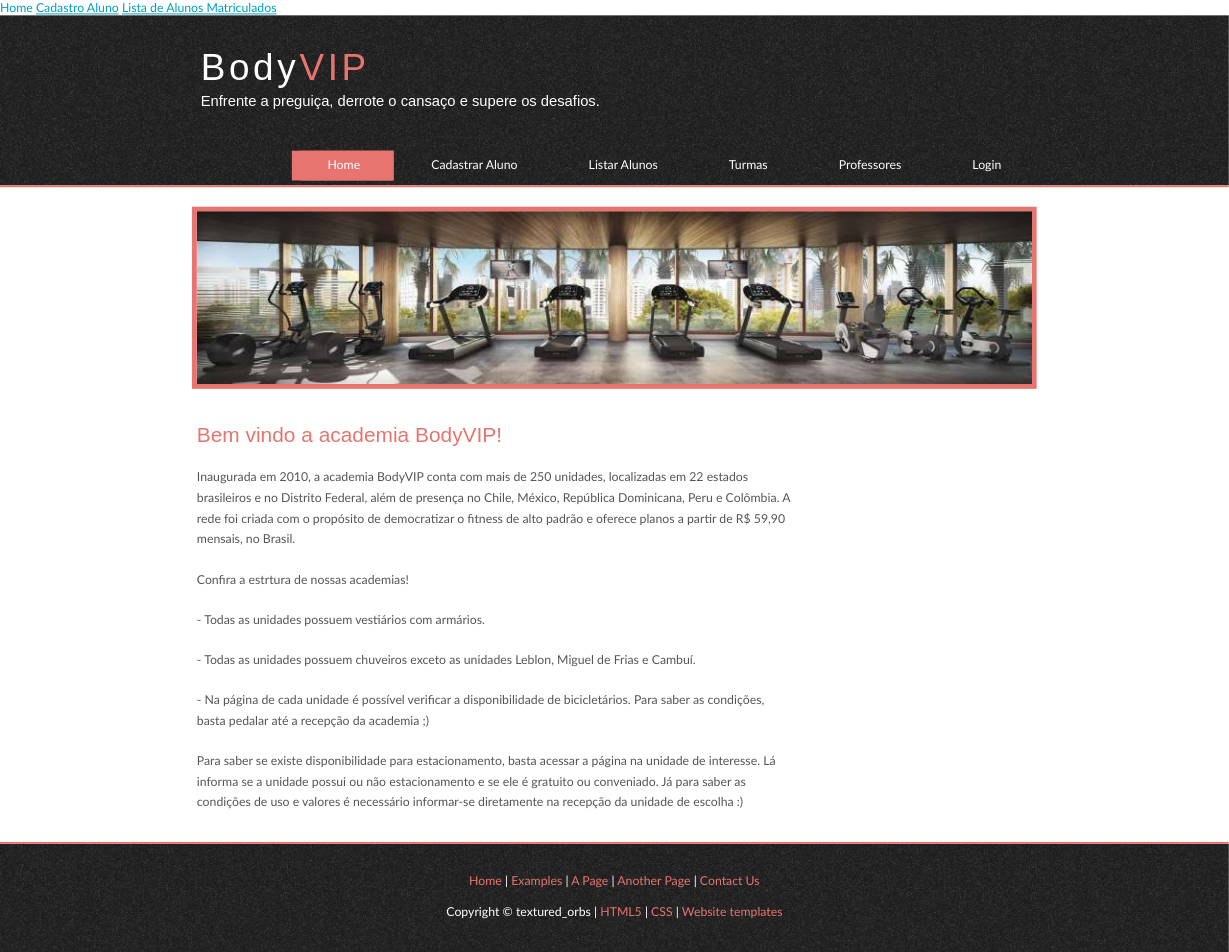
Repository: Thais-Ferreira/Projeto_bodyVIP
Page: http://localhost/BodyVIP/home.jsp
The author's editor kept a copy of each file at every save. The page is drawn from the files as they stood at one save, then again after the next save.
The browser window is 1280 px wide. The pictures show the whole page, at 96% of full size.
The page is served by Tomcat 9.

Above is the page before, as saved 2017-06-18 23:36:04.

After the next save:
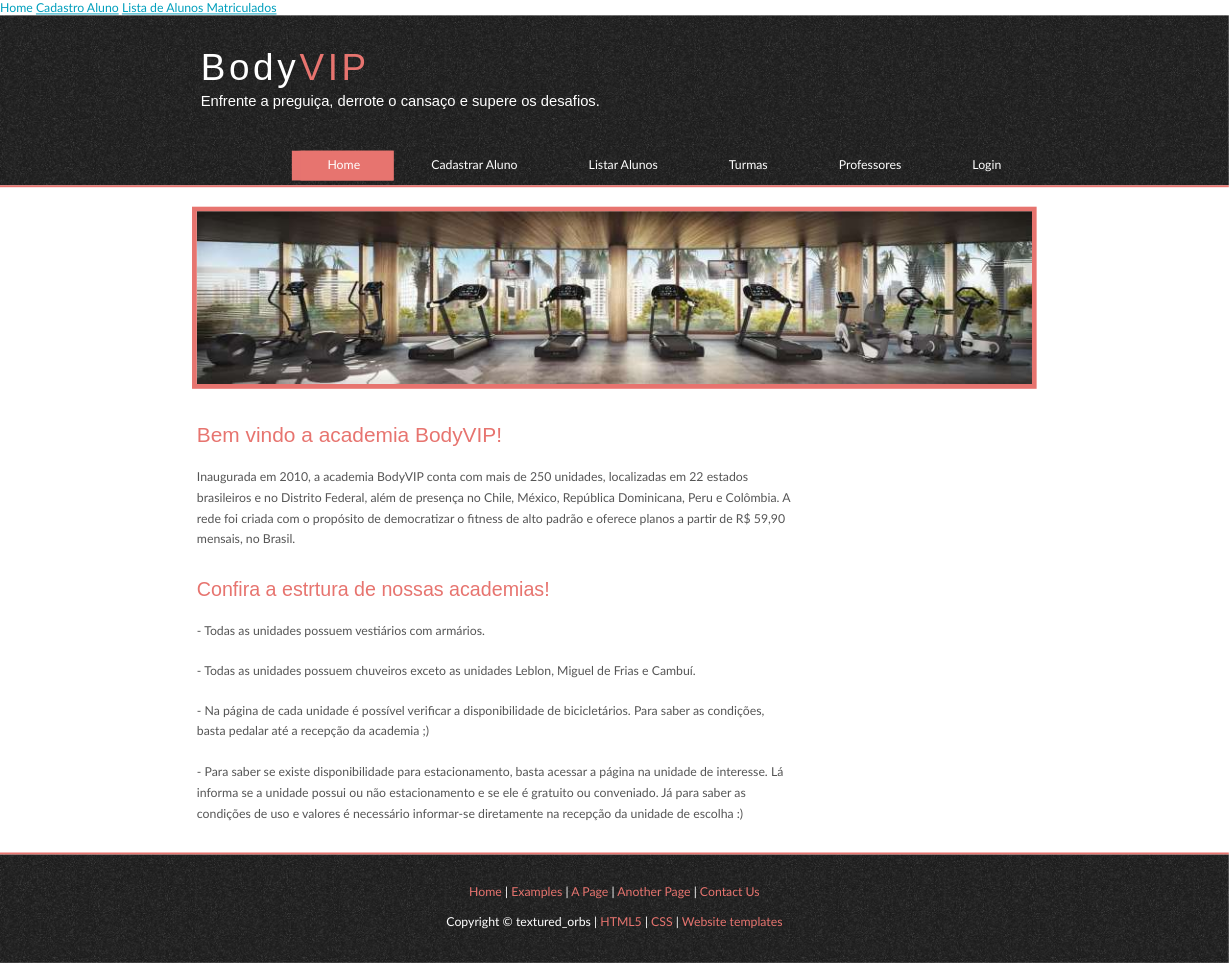
Saved 51 s later.
--- a/BodyVIP/WebContent/home.jsp
+++ b/BodyVIP/WebContent/home.jsp
@@ -42,12 +42,12 @@
         A rede foi criada com o propósito de democratizar o fitness de alto padrão e oferece planos
         a partir de R$ 59,90 mensais, no Brasil.
 		</p>
-        <p>Confira a estrtura de nossas academias!</p>
+        <h2>Confira a estrtura de nossas academias!</h2>
         <p>- Todas as unidades possuem vestiários com armários.</p>
         <p>- Todas as unidades possuem chuveiros exceto as unidades Leblon, Miguel de Frias e Cambuí.</p>
         <p>- Na página de cada unidade é possível verificar a disponibilidade de bicicletários.
         Para saber as condições, basta pedalar até a recepção da academia ;)</p>
-        <p>Para saber se existe disponibilidade para estacionamento, basta acessar a página na unidade de
+        <p>- Para saber se existe disponibilidade para estacionamento, basta acessar a página na unidade de
         interesse. Lá informa se a unidade possui ou não estacionamento e se ele é gratuito ou conveniado.
         Já para saber as condições de uso e valores é necessário informar-se diretamente na recepção
         da unidade de escolha :)</p>
